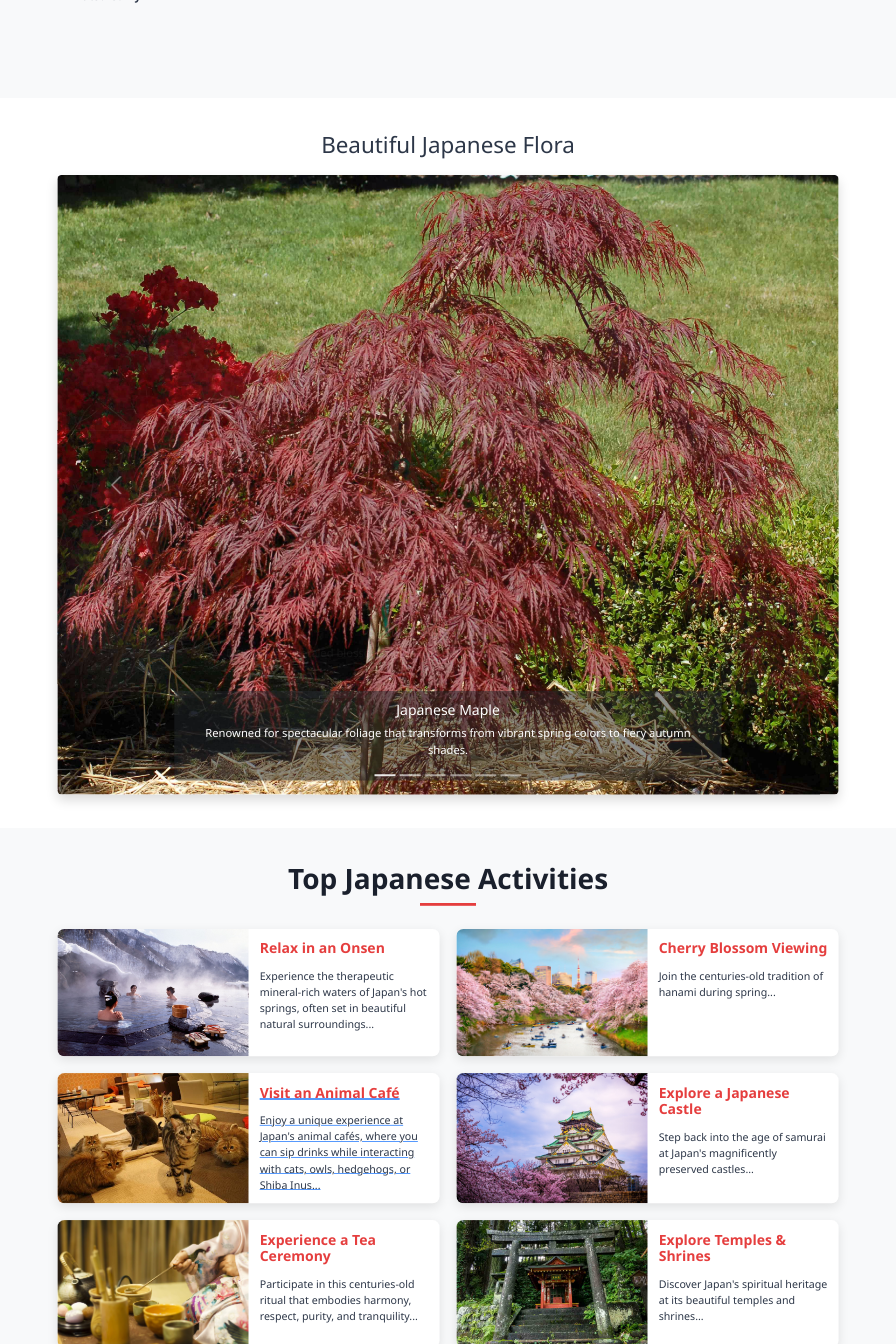
Repository: urielaracena/softwareDev
Page: project1/project1.html
These files come from the project's save history. The page is drawn as it stood at one moment and after the next save; the edit follows.
The browser window is 1280 px wide. The pictures show the part of the page from y = 1580 to 3500 px (the page is 3937 px tall before and 3602 px after), at 70% of full size.
Backgrounds fixed to the window are drawn as part of the page.

Above is the page before, as saved 2025-04-18 21:15:47.

After the next save:
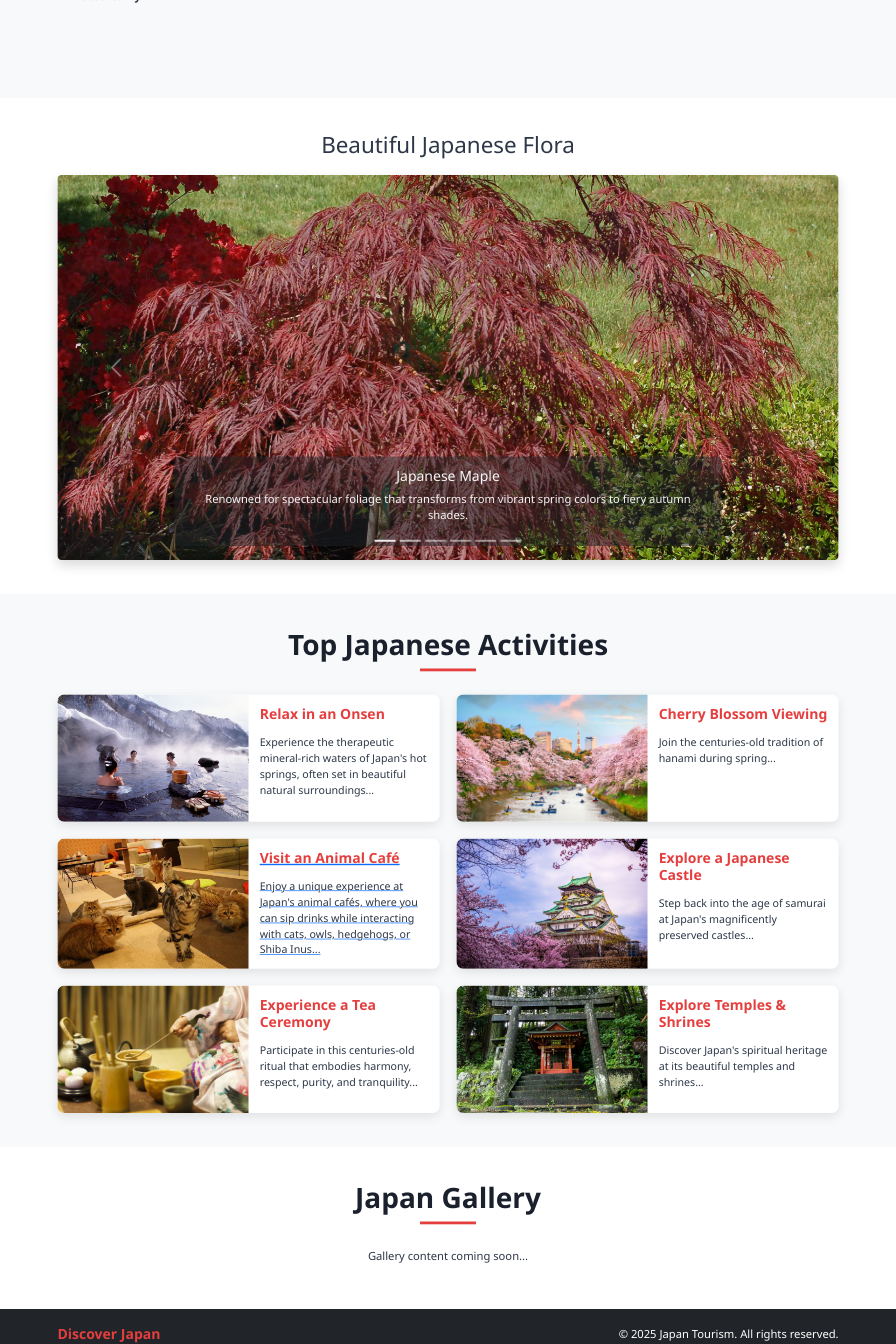
Saved 13 s later.
--- a/project1/project1style.css
+++ b/project1/project1style.css
@@ -256,6 +256,10 @@
     border-color: var(--primary);
   }
 
+  .carousel-inner img {
+    max-height: 550px;
+    object-fit: cover;
+  }
 
 
   /* Activities section */
